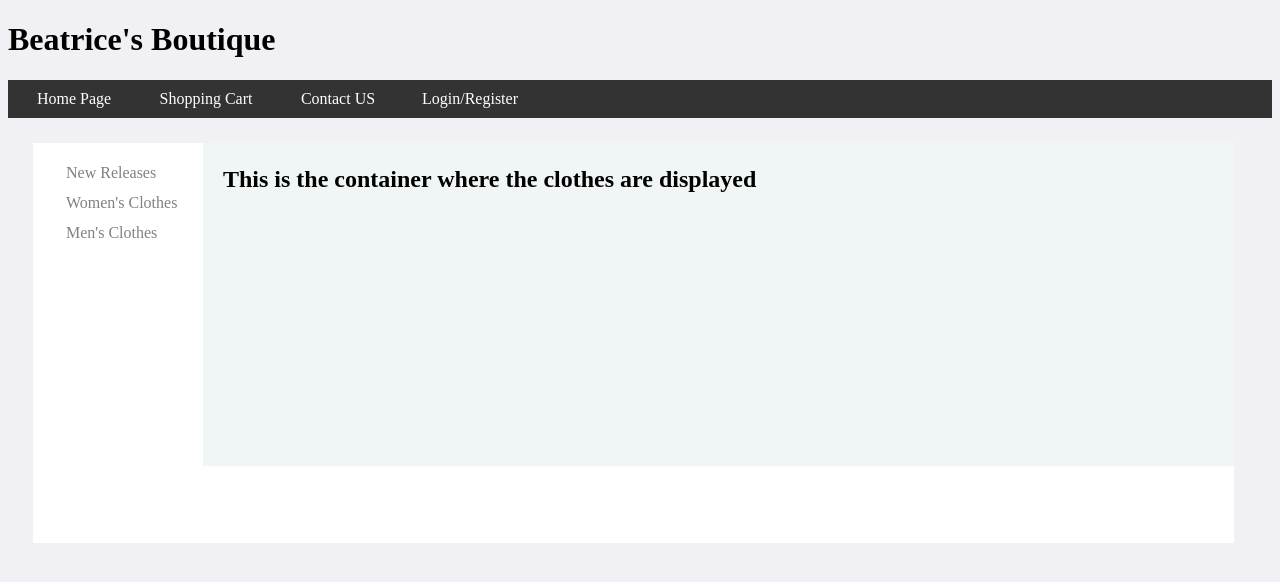
Repository: IosifDobos/Beatrice-Boutique
Page: BeatriceBoutique/Java/WorkSpace/BeatriceBoutique/WebContent/homePage.html
The author's editor kept a copy of each file at every save. The page is drawn from the files as they stood at one save, then again after the next save.
The browser window is 1280 px wide. The pictures show the whole page.

Above is the page before, as saved 2018-12-04 18:47:24.

### BeatriceBoutique/Java/WorkSpace/BeatriceBoutique/WebContent/homePage.html
<!DOCTYPE html >
<html>
<head>
<meta http-equiv="Content-Type" content="text/html; charset=ISO-8859-1">
<link rel="stylesheet" type="text/css" href="styleSheet.css">
<title>BeatriceBoutique</title>
</head>
<body>

	<h1>Beatrice's Boutique</h1>

	<ul>
		<li><a href="homePage.html">Home Page</a></li>
		<li><a href="shoppingCart.html">Shopping Cart</a></li>
		<li><a href="contact.html">Contact US</a></li>
		<li><a href="login.html">Login/Register</a></li>
	</ul>


	<div class = "container">
		<!-- left side of the container where menu is displayed -->
		<div id="sidemenu">
			<a href="#">New Releases</a>
			<a href="womensClothes.html">Women's Clothes</a>
			<a href="#">Men's Clothes</a>
		</div>
		<!-- right side of the container -->
		<div id="right-side">
			<h2>This is the container where the clothes are displayed</h2>
		</div>

	</div>

</body>
</html>

### BeatriceBoutique/Java/WorkSpace/BeatriceBoutique/WebContent/styleSheet.css
@charset "UTF-8";

body{
	background-color: #f0f0f5;
}

ul {
	position: -webkit-sticky;
	position: sticky;
    list-style-type: none;
    top: 0;
    margin: 0;
    padding: 0;
    overflow: hidden;
    background-color: #333;
}

li{
	float: left;
}

li a{
	display: block;
	color: white;
	text-align: center;
	padding: 10px 16px;
	text-decoration: none;
	width: 100px;

}

li a:hover {
    background-color: #555;
    color: white;
}

.active {
    background-color: #4CAF50;
    color: white;
}

.container{
	margin-top: 25px;
	margin-left: 25px;
	margin-right: 25px;
	background-color:  white;
	min-height: 400px;
	width: 95%;
}

/*#container:after{
	content: "";
	display: table;
	clear: both;
} */



#sidemenu {
    min-height: 100px;; /* Full-height: remove this if you want "auto" height */
    width: 150px;; /* Set the width of the sidebar */
    position: fixed; /* Fixed Sidebar (stay in place on scroll) */
    z-index: 1; /* Stay on top */
    top: 150px; /* Stay at the top */
    left: 50px;
    background-color: ; /* Black */
    overflow-x: hidden; /* Disable horizontal scroll */
    padding: 8px 0;
}

#sidemenu a {
    padding: 6px 8px 6px 16px;
    text-decoration: none;
    font-size: 16px;
    color: #818181;
    display: block;
}

/* When you mouse over the navigation links, change their color */
#sidemenu a:hover {
    color: #679898;
}

/* Style page content */
#right-side {
    margin-left: 170px; /* Same as the width of the sidebar */
    padding: 3px 5px 20px 20px;
    background-color: #f0f5f5;
    min-height: 300px;
}


/* #right-side{
	float: right;
	margin-right: 20px;
	width: 60%;
} */


#product-1{
	position: absolute;
	margin-left: 15px;
}

#product-2{
	position: absolute;
	margin-left: 345px;
}

#product-3{
	position: absolute;
	margin-left: 665px;
}

#button-url{
	position: absolute;
	margin-top: 35px;
	margin-left: 115px;
	width: 100px;
	height: 100px;
}

#button-url1{
	position: absolute;
	margin-top: 35px;
	margin-left: 435px;
	width: 100px;
	height: 100px;
}

#button-url2{
	position: absolute;
	margin-top: 35px;
	margin-left: 750px;
	width: 100px;
	height: 100px;
}


/* Responsive layout - when the screen is less than 600px wide, make the two columns stack on top of each other instead of next to each other */
@media screen and (max-width: 600px) {
    .col-25, .col-75, input[type=submit] {
        width: 100%;
        margin-top: 0;
    }
}

@media screen and (max-height: 450px) {
    #sidemenu {padding-top: 15px;}
    #sidemenu a {font-size: 18px;}
}

After the next save:
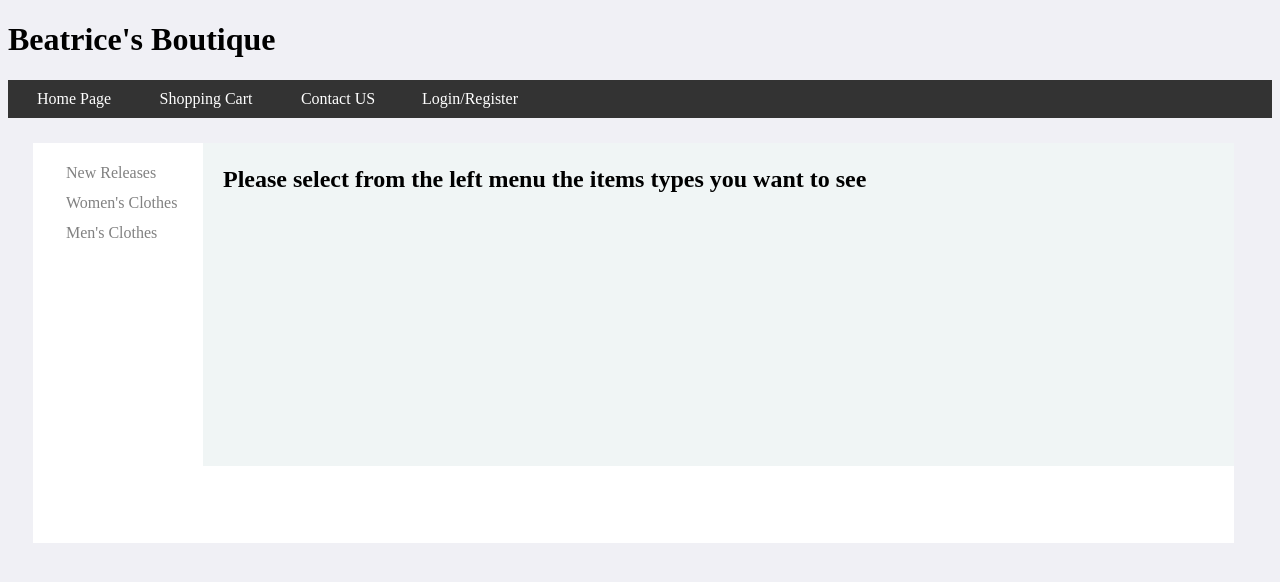
Saved 3 min 55 s later.
--- a/BeatriceBoutique/Java/WorkSpace/BeatriceBoutique/WebContent/homePage.html
+++ b/BeatriceBoutique/Java/WorkSpace/BeatriceBoutique/WebContent/homePage.html
@@ -26,7 +26,7 @@
 		</div>
 		<!-- right side of the container -->
 		<div id="right-side">
-			<h2>This is the container where the clothes are displayed</h2>
+			<h2>Please select from the left menu the items types you want to see</h2>
 		</div>
 
 	</div>
